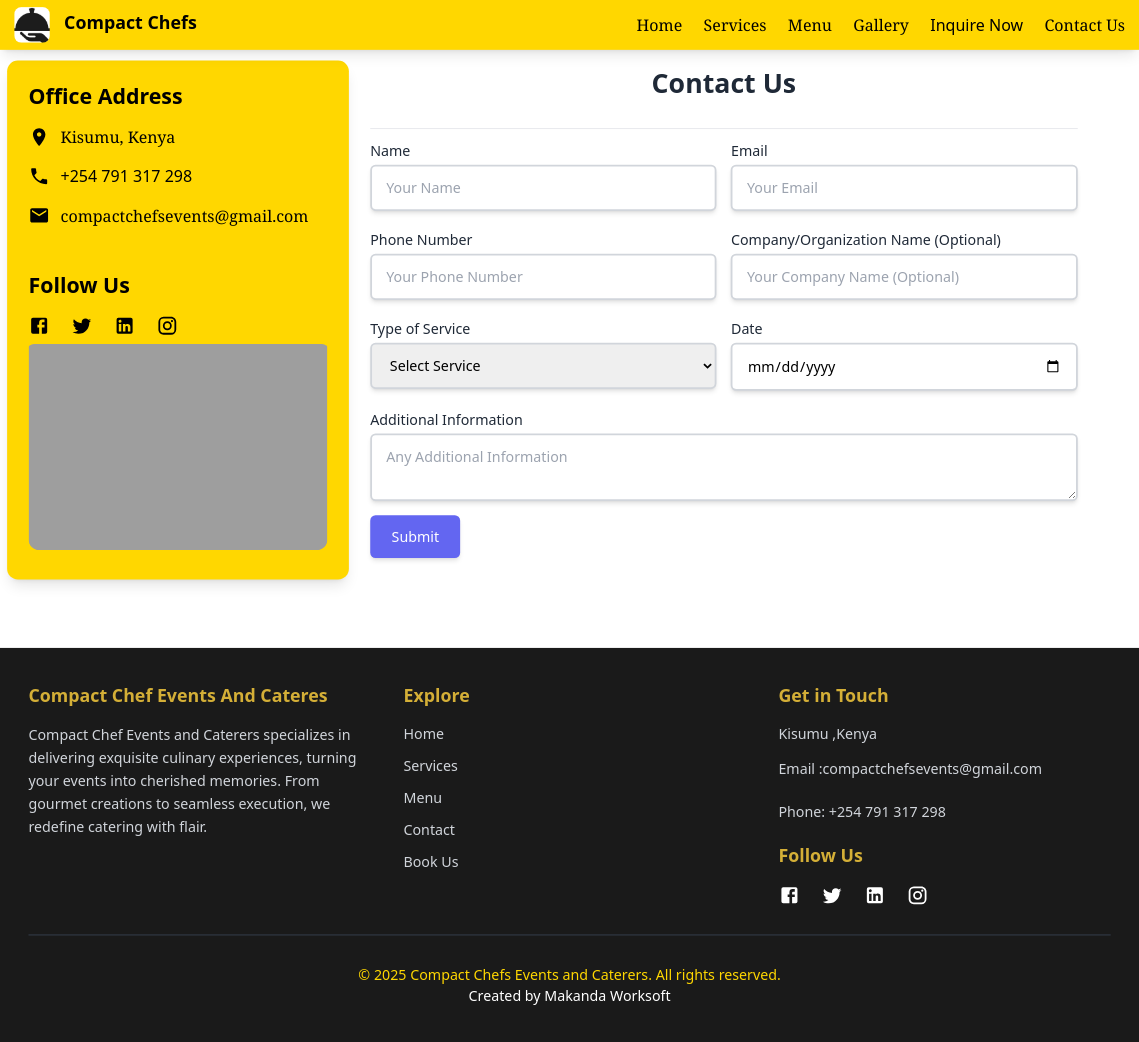
Repository: makanda596/compactchef
Page: /contact
These files come from the project's save history. The page is drawn as it stood at one moment and after the next save; the edit follows.
The browser window is 1280 px wide. The pictures show the whole page, at 89% of full size.
Pictures or frames that could not be fetched are drawn as grey boxes. The project was rebuilt for these pictures with package versions that can differ from the ones it lists, and the page was loaded fresh each time. Also part of the build but not shown: src/components/Hero.jsx, src/components/Client.jsx, src/components/Reviews.jsx, src/components/About.jsx, src/pages/Home.jsx, src/pages/Services.jsx, src/pages/Menu.jsx, src/pages/Book.jsx and 1 more.

Above is the page before, as saved 2025-01-21 14:38:19.

### public/index.html
<!DOCTYPE html>
<html lang="en">
  <head>
    <meta charset="utf-8" />
    <link rel="icon" href="./logo.jpg" />
    <meta name="viewport" content="width=device-width, initial-scale=1" />

    <link rel="apple-touch-icon" href="./logo.jpg" />


    <title>CompactChef Events</title>
  </head>
  <body>
    <div id="root"></div>
  </body>
</html>

### src/pages/Contact.jsx
import React, { useEffect, useState, useRef } from "react";
import LocationOnIcon from "@mui/icons-material/LocationOn";
import PhoneIcon from "@mui/icons-material/Phone";
import EmailIcon from "@mui/icons-material/Email";
import FacebookIcon from "@mui/icons-material/Facebook";
import TwitterIcon from "@mui/icons-material/Twitter";
import LinkedInIcon from "@mui/icons-material/LinkedIn";
import InstagramIcon from "@mui/icons-material/Instagram";

const Contact = () => {
    const [loading, setLoading] = useState(false);
    const [submitted, setSubmitted] = useState(false);
    const formRef = useRef(null); // Create a reference to the form

    const onSubmit = async (event) => {
        event.preventDefault();

        const formData = new FormData(event.target);
        formData.append("access_key", "1a963b75-8bc9-43a3-b79f-457662aa4798"); // Replace with your actual access key

        const object = Object.fromEntries(formData);
        const json = JSON.stringify(object);

        try {
            setLoading(true); // Set loading state to true
            const res = await fetch("https://api.web3forms.com/submit", {
                method: "POST",
                headers: {
                    "Content-Type": "application/json",
                    Accept: "application/json",
                },
                body: json,
            });

            const result = await res.json();
            if (result.success) {
                setLoading(false);
                setSubmitted(true); // Set submitted state to true on success

                // Reset the form fields
                if (formRef.current) {
                    formRef.current.reset(); // This will reset the input fields
                }
            } else {
                setLoading(false);
                alert("There was an error submitting the form. Please try again.");
            }
        } catch (error) {
            setLoading(false);
            console.error("Error:", error);
            alert("Failed to fetch. Please check your internet connection.");
        }
    };

    // Add the script for ElfSight after the component is mounted
    useEffect(() => {
        const script = document.createElement("script");
        script.src = "https://static.elfsight.com/platform/platform.js";
        script.async = true;
        document.body.appendChild(script);

        return () => {
            document.body.removeChild(script); // Cleanup the script
        };
    }, []);

    return (
        <div className="min-h-screen py-1 px-2 mt-2 w-full sm:py-12">
            <div className="relative py-3 sm:max-w-full sm:mx-auto">
                <div className="relative px-0 py-10  s w-full sm:rounded-3xl sm:p-0">
                    <div className="flex flex-wrap w-full">
                        <div className="w-full sm:w-96 p-6 bg-gold text-black rounded-xl shadow-lg">
                            <div className="pb-6">
                                <h2 className="text-xl md:text-2xl font-bold mb-4">Office Address</h2>
                                <div className="space-y-4">
                                    <p className="flex items-center">
                                        <LocationOnIcon className="mr-3 text-xl md:text-2xl" />
                                        <span className="font-serif text-base md:text-lg hover:text-blue-600">Kisumu, Kenya</span>
                                    </p>
                                    <p className="flex items-center">
                                        <PhoneIcon className="mr-3 text-xl md:text-2xl" />
                                        <a href="tel:+254791317298" target="_blank" rel="noopener noreferrer " className="font-sans text-base md:text-lg hover:text-blue-600">
                                            +254 791 317 298
                                        </a>
                                    </p>
                                    <p className="flex items-center">
                                        <EmailIcon className="mr-3 text-xl md:text-2xl" />
                                        <a href="mailto:compactchefsevents@gmail.com" className=" hover:text-blue-600 font-serif text-base md:text-lg" target="_blank" rel="noopener noreferrer">
                                            compactchefsevents@gmail.com
                                        </a>
                                    </p>
                                </div>
                            </div>

                            {/* Social Media Handles */}
                            <div className="pt-2 md:pt-6">
                                <h2 className="text-xl md:text-2xl font-bold mb-2 md:mb-4">Follow Us</h2>
                                <div className="flex space-x-6 justify-start">
                                    <a href="https://www.facebook.com/yourpage" target="_blank" rel="noopener noreferrer" className="hover:text-blue-400 transition-colors">
                                        <FacebookIcon fontSize="medium" />
                                    </a>
                                    <a href="https://twitter.com/yourhandle" target="_blank" rel="noopener noreferrer" className="hover:text-blue-400 transition-colors">
                                        <TwitterIcon fontSize="medium" />
                                    </a>
                                    <a href="https://www.linkedin.com/company/yourcompany" target="_blank" rel="noopener noreferrer" className="hover:text-blue-400 transition-colors">
                                        <LinkedInIcon fontSize="medium" />
                                    </a>
                                    <a href="https://www.instagram.com/yourhandle" target="_blank" rel="noopener noreferrer" className="hover:text-blue-400 transition-colors">
                                        <InstagramIcon fontSize="medium" />
                                    </a>
                                </div>
                            </div>

                            <img
                                src="https://res.cloudinary.com/db5pgr14l/image/upload/v1736265751/wedding_nfkcue.jpg"
                                alt="Wedding"
                                className="w-full h-60 object-cover rounded-xl pt-2"
                            />
                        </div>

                        {/* Right Column */}
                        <div className="w-full p-6 pt-2 md:w-2/3">
                            <div className="divide-y divide-gray-200 space-y-0">
                                <div className="pb-8 text-center">
                                    <h1 className="text-3xl font-bold text-gray-800">Contact Us</h1>
                                </div>

                                <form ref={formRef} onSubmit={onSubmit}>
                                    <div className="grid grid-cols-1 sm:grid-cols-2 gap-4 pt-2">
                                        <div className="flex flex-col">
                                            <label className="leading-loose text-gray-800">Name</label>
                                            <input
                                                type="text"
                                                name="name"
                                                required="true"
                                                className="px-4 py-3 w-full border-2 border-gray-300 rounded-md shadow-md focus:ring-2 focus:ring-indigo-500 transition-colors"
                                                placeholder="Your Name"
                                            />
                                        </div>
                                        <div className="flex flex-col">
                                            <label className="leading-loose text-gray-800">Email</label>
                                            <input
                                                type="email"
                                                name="email"
                                                required="true"
                                                className="px-4 py-3 w-full border-2 border-gray-300 rounded-md shadow-md focus:ring-2 focus:ring-indigo-500 transition-colors"
                                                placeholder="Your Email"
                                            />
                                        </div>
                                        <div className="flex flex-col">
                                            <label className="leading-loose text-gray-800">Phone Number</label>
                                            <input
                                                type="number"
                                                name="phone"
                                                required="true"
                                                className="px-4 py-3 w-full border-2 border-gray-300 rounded-md shadow-md focus:ring-2 focus:ring-indigo-500 transition-colors"
                                                placeholder="Your Phone Number"
                                            />
                                        </div>
                                        <div className="flex flex-col">
                                            <label className="leading-loose text-gray-800">Company/Organization Name (Optional)</label>
                                            <input
                                                type="text"
                                                name="company"
                                                className="px-4 py-3 w-full border-2 border-gray-300 rounded-md shadow-md focus:ring-2 focus:ring-indigo-500 transition-colors"
                                                placeholder="Your Company Name (Optional)"
                                            />
                                        </div>
                                        <div className="flex flex-col">
                                            <label className="leading-loose text-gray-800">Type of Service</label>
                                            <select
                                                name="service_type"
                                                required="true"
                                                className="px-4 py-3 w-full border-2 border-gray-300 rounded-md shadow-md focus:ring-2 focus:ring-indigo-500 transition-colors"
                                            >
                                                <option value="">Select Service</option>
                                                <option value="wedding">Wedding Events</option>
                                                <option value="corporate">Corporate Event</option>
                                                <option value="birthday">Birthday Party</option>
                                                <option value="other">Catering Services</option>
                                                <option value="other">Event Plannig</option>
                                                <option value="other">Baby Showers</option>
                                                <option value="other">Private Events</option>
                                                <option value="other">Other</option>
                                            </select>
                                        </div>
                                        <div className="flex flex-col">
                                            <label className="leading-loose text-gray-800">Date</label>
                                            <input
                                                type="date"
                                                name="date"
                                                required="true"
                                                className="px-4 py-3 w-full border-2 border-gray-300 rounded-md shadow-md focus:ring-2 focus:ring-indigo-500 transition-colors"
                                            />
                                        </div>
                                        <div className="flex flex-col sm:col-span-2">
                                            <label className="leading-loose text-gray-800">Additional Information</label>
                                            <textarea
                                                name="additional_info"
                                                required="true"
                                                className="px-4 py-3 w-full border-2 border-gray-300 rounded-md shadow-md focus:ring-2 focus:ring-indigo-500 transition-colors"
                                                placeholder="Any Additional Information"
                                            ></textarea>
                                        </div>
                                    </div>

                                    <div className="pt-4">
                                        <button
                                            type="submit"
                                            className="bg-indigo-500 text-white px-6 py-3 rounded-md shadow-md hover:bg-indigo-600 transition-colors"
                                        >
                                            {loading ? "Submitting..." : "Submit "}
                                        </button>
                                    </div>
                                </form>
                            </div>

                            <div className="form-right">
                                <div className="elfsight-app-1552705b-cfc2-43a1-8c52-a2f88696bc8e" data-elfsight-app-lazy></div>
                            </div>
                        </div>
                    </div>
                </div>
            </div>

            {
                submitted && (
                    <div className="fixed inset-0 flex items-center justify-center bg-black bg-opacity-50">
                        <div className="bg-white rounded-lg p-6 text-center shadow-lg">
                            <h2 className="text-2xl font-bold text-gray-800 mb-4"> Submitted!</h2>
                            <p className="text-gray-600 mb-6">
                                Thank you for your Contacting Us. We’ll get back to you soon.
                            </p>
                            <button
                                onClick={() => setSubmitted(false)}
                                className="bg-[#8b8000] text-white py-2 px-6 rounded-lg hover:bg-[#a08d00]"
                            >
                                Close
                            </button>
                        </div>
                    </div>
                )
            }
        </div >
    );
};

export default Contact;

### src/components/Navbar.jsx
import React, { useState } from "react";
import logo from '../assets/logo.jpg'
const Navbar = () => {
    const [isOpen, setIsOpen] = useState(false);

    return (
        <nav className="bg-gold shadow-lg fixed top-0 z-50 w-full">
            <div className="container mx-auto px-4 flex justify-between items-center h-12 md:h-14">

                <div className="text-black font-bold text-xl flex space-x-4">
                    <img src={logo} alt="" className="w-10 rounded-lg object-cover" />
                    <p className="py-1">Compact Chefs</p></div>

                <div className="lg:hidden">
                    <button
                        onClick={() => setIsOpen(!isOpen)}
                        className="text-black focus:outline-none"
                    >
                        <svg
                            className="w-6 h-6"
                            xmlns="http://www.w3.org/2000/svg"
                            fill="none"
                            viewBox="0 0 24 24"
                            stroke="currentColor"
                        >
                            {isOpen ? (
                                <path
                                    strokeLinecap="round"
                                    strokeLinejoin="round"
                                    strokeWidth="2"
                                    d="M6 18L18 6M6 6l12 12"
                                />
                            ) : (
                                <path
                                    strokeLinecap="round"
                                    strokeLinejoin="round"
                                    strokeWidth="2"
                                    d="M4 6h16M4 12h16M4 18h16"
                                />
                            )}
                        </svg>
                    </button>
                </div>

                {/* Links for Desktop */}
                <div className="hidden lg:flex   space-x-6 text-lg ">
                    <a href="/" className=" text-black font-serif hover:text-white">
                        Home
                    </a>
                    <a href="services" className="text-black font-serif hover:text-white">
                        Services
                    </a>
                    <a href="menu" className="text-black font-serif hover:text-white">
                        Menu
                    </a>

                    <a href="gallery" className="text-black font-serif hover:text-white">
                        Gallery
                    </a>
                    <a href="book" className="text-black font-serife hover:text-white" target="_blank" >
                        Inquire Now
                    </a>
                    <a href="contact" className="text-black font-serif hover:text-white">
                        Contact Us
                    </a>

                </div>
            </div>

            {/* Mobile Menu */}
            {
                isOpen && (
                    <div className="lg:hidden bg-black">
                        <a
                            href="/"
                            className="block py-2 px-4 text-white hover:bg-gold"
                        >
                            Home
                        </a>
                        <a
                            href="services"
                            className="block py-2 px-4 text-white hover:bg-gold"
                        >
                            Services
                        </a>
                        <a
                            href="menu"
                            className="block py-2 px-4 text-white hover:bg-gold"
                        >
                            Menu
                        </a>
                        <a href="gallery" className="block py-2 px-4 text-white hover:bg-gold">
                            Gallery
                        </a>
                        <a
                            href="book" target="_blank"
                            className="block py-2 px-4 text-white hover:bg-gold"
                        >
                            Inquire Now
                        </a>
                        <a
                            href="contact"
                            className="block py-2 px-4 text-white hover:bg-gold"
                        >
                            Contact
                        </a>

                    </div>
                )
            }
        </nav >
    );
};

export default Navbar;

Loaded but not shown: src/index.js (common file); src/index.css (common file); src/reportWebVitals.js (common file); src/App.js (32 lines, source omitted); tailwind.config.js (25 lines, source omitted); src/components/Footer.jsx (107 lines, source omitted)

After the next save:
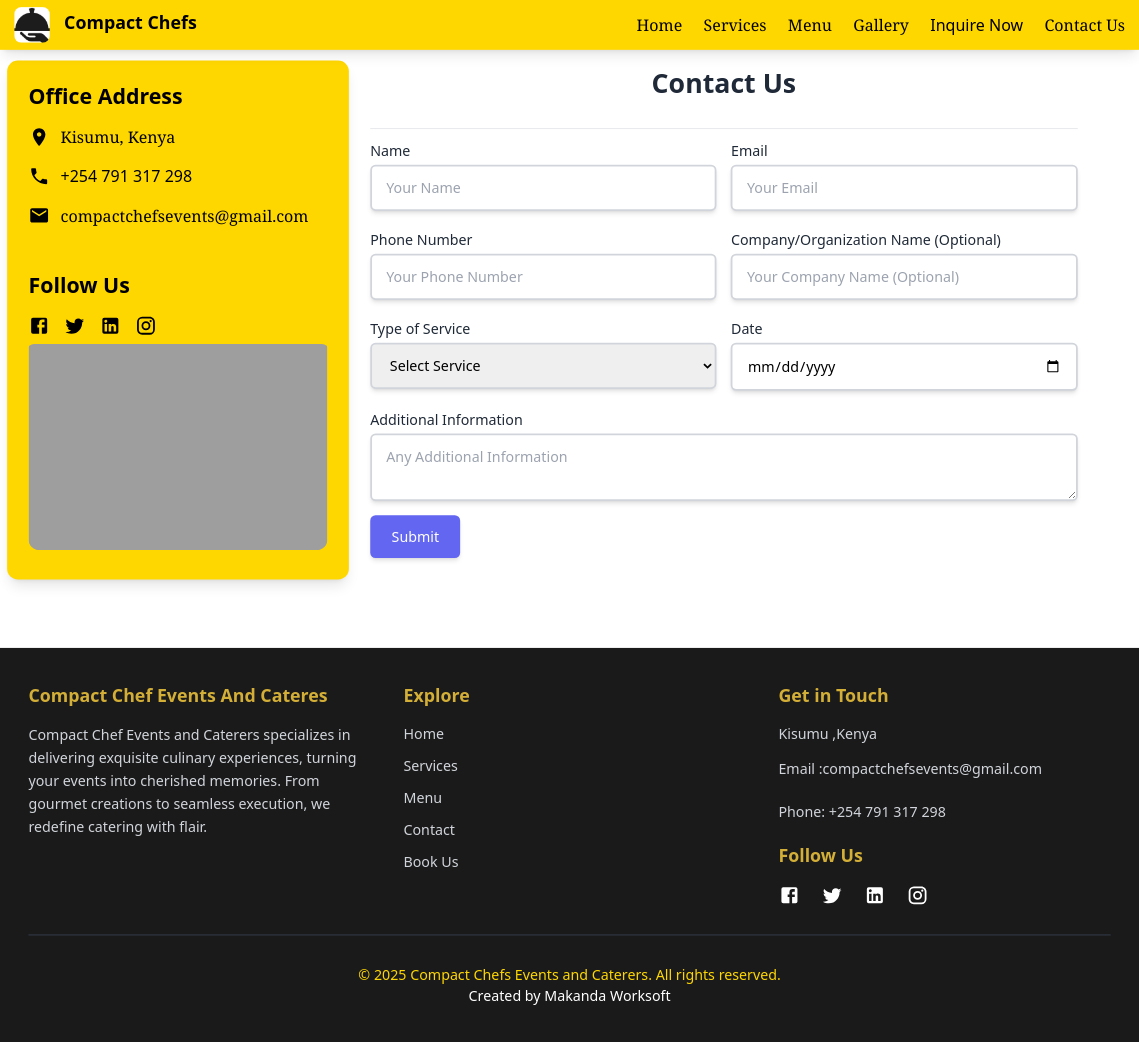
Saved 12 s later.
--- a/src/pages/Contact.jsx
+++ b/src/pages/Contact.jsx
@@ -95,7 +95,7 @@ const Contact = () => {
                             {/* Social Media Handles */}
                             <div className="pt-2 md:pt-6">
                                 <h2 className="text-xl md:text-2xl font-bold mb-2 md:mb-4">Follow Us</h2>
-                                <div className="flex space-x-6 justify-start">
+                                <div className="flex space-x-4 justify-start">
                                     <a href="https://www.facebook.com/yourpage" target="_blank" rel="noopener noreferrer" className="hover:text-blue-400 transition-colors">
                                         <FacebookIcon fontSize="medium" />
                                     </a>
